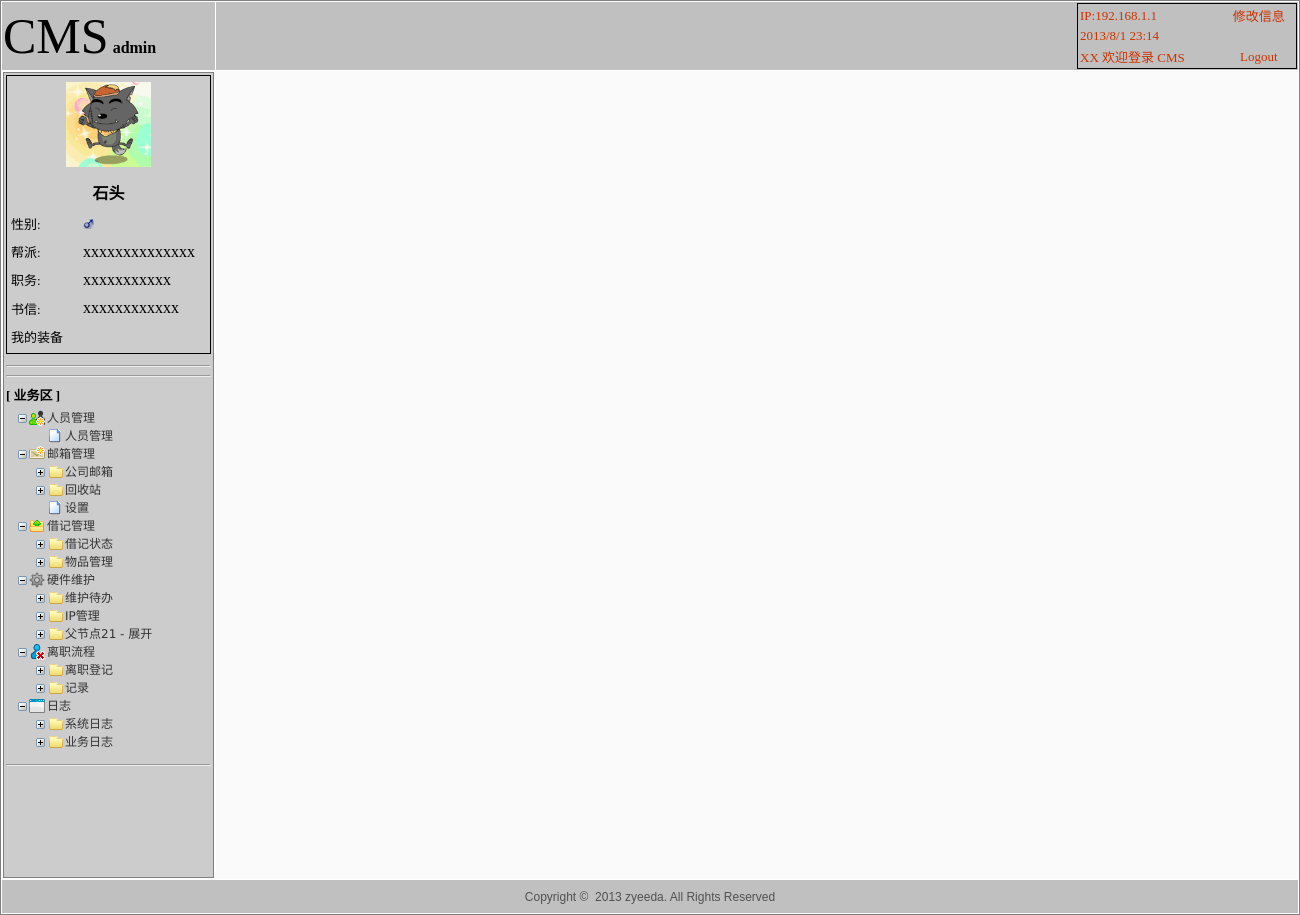
Repository: 728064001/MyProject
Page: http://localhost/CMS/admin.jsp
An editor plug-in stored every save of this project. The page is shown before and after the next save, followed by the edit.
The browser window is 1280 px wide. The page is 1300 px wide, so the pictures cover 1300 px, including what lies to the right of the window. The pictures show the whole page.
The page is served by Tomcat 9. Other server files are loaded and not shown.

Above is the page before, as saved 2013-08-02 06:56:48.

### cms-server-code/CMS/WebRoot/admin.jsp
<%@ page language="java" import="java.util.*" pageEncoding="UTF-8"%>
<%
String path = request.getContextPath();
String basePath = request.getScheme()+"://"+request.getServerName()+":"+request.getServerPort()+path+"/";
%>

<!DOCTYPE HTML PUBLIC "-//W3C//DTD HTML 4.01 Transitional//EN">
<html>
  <head>
    <base href="<%=basePath%>">

    <title>cms admin</title>

	<meta http-equiv="pragma" content="no-cache">
	<meta http-equiv="cache-control" content="no-cache">
	<meta http-equiv="expires" content="0">
	<meta http-equiv="keywords" content="keyword1,keyword2,keyword3">
	<meta http-equiv="description" content="This is my page">
	<!--
	<link rel="stylesheet" type="text/css" href="styles.css">
	-->
	<link rel="stylesheet" href="css/zTreeStyle/zTreeStyle.css" />
	<link rel="stylesheet" href="css/admin.css" />
	<script type="text/javascript" src="js/jquery-1.10.1.js"></script>
	<script type="text/javascript" src="js/jquery.ztree.core-3.5.js"></script>
	<script type="text/javascript" src="js/jquery.ztree.excheck-3.5.js"></script>
	<script type="text/javascript" src="js/jquery.ztree.exedit-3.5.js"></script>
	<script type="text/javascript">
		//载入时
$(function(){
	//不显示人员信息窗口；
	$("#personinfo").hide();
});

var setting = {
			view:{
				showLine:false
			},
			data: {
				simpleData: {
					enable: true
				}
			}
		};
var zNodes =[
			{ name:"人员管理", open:true,iconOpen:"image/treeimage/person_open.png",iconClose:"image/treeimage/person_close.png",
				children: [
					{ name:"人员管理", isParent:false, "click":"test();"}
				]},
			{ name:"邮箱管理",open:true,iconOpen:"image/treeimage/mail_open.png",iconClose:"image/treeimage/mail_close.png",

				children: [
					{ name:"公司邮箱",
						children: [
							{ name:"邮箱信息"},
							{ name:"待办项"}
					]},
					{ name:"回收站",
						children: [
							{ name:"已删除的邮箱"}
					]},
					{ name:"设置", isParent:false}
				]},
			{ name:"借记管理", open:true,iconOpen:"image/treeimage/borrow_open.png",iconClose:"image/treeimage/borrow_close.png",

				children:[
					{ name:"借记状态",
						children: [
							{ name:"图书借记状态"},
							{ name:"电子用品借记状态"},
							{ name:"历史记录"}
					]},
					{ name:"物品管理",
						children: [
							{ name:"图书管理"},
							{ name:"电子用品管理"},
							{ name:"借用授权"}
					]}
				]
			},
			{ name:"硬件维护", open:true,iconOpen:"image/treeimage/hardwaremaintenance_open.png",iconClose:"image/treeimage/hardwaremaintenance_close.png",

				children:[
					{ name:"维护待办",
						children: [
							{ name:"待办项"},
							{ name:"记录"}
					]},
					{ name:"IP管理",
						children: [
							{ name:"IP信息表"},
							{ name:"叶子节点212"},
							{ name:"叶子节点213"},
							{ name:"叶子节点214"}
					]},
					{ name:"父节点21 - 展开",
						children: [
							{ name:"叶子节点211"},
							{ name:"叶子节点212"},
							{ name:"叶子节点213"},
							{ name:"叶子节点214"}
					]}
				]
			},
			{ name:"离职流程",  open:true,iconOpen:"image/treeimage/resignation_open.png",iconClose:"image/treeimage/resignation_close.png",

				children:[
					{ name:"离职登记",
						children: [
							{ name:"登记"}
					]},
					{ name:"记录",
						children: [
							{ name:"已离职信息"}
					]}
				]
			},
			{ name:"日志", open:true,iconOpen:"image/treeimage/log_open.png",iconClose:"image/treeimage/log_close.png",

				children:[
					{ name:"系统日志",
						children: [
							{ name:"系统日志"}
					]},
					{ name:"业务日志",
						children: [
							{ name:"业务日志"}
					]}
				]
			}
		];
		$(function(){
			$.fn.zTree.init($("#treeDemo"),setting,zNodes);
		});

		//工作区窗体

		function test(){
			alert("test");
		}

	</script>
  </head>

<body>
<table align="center" cellspacing="1" class="admin-main-tab-style" style="width: 1300px; height: 900px">
	<tr bgcolor="#C0C0C0">
		<td class="admin-main-tab-td-style" style="height: 17px; width: 211px">
		<span class="admin-main-tab-td-logo-style">CMS</span> <span class="admin-main-tab-td-admins-style"><strong>admin</strong></span></td>
		<td class="admin-child-tab-td-null-style" style="height: 17px">
		<table cellspacing="1" class="admin-child-tab-style" style="width: 220px; height: 100%">
			<tr>
				<td>IP:192.168.1.1</td>
				<td class="admin-child-tab-td-welcome-style">修改信息</td>
			</tr>
			<tr>
				<td>2013/8/1 23:14</td>
				<td>&nbsp;</td>
			</tr>
			<tr>
				<td>XX 欢迎登录 CMS</td>
				<td class="admin-child-tab-td-welcome-style">Logout</td>
			</tr>
		</table>
		</td>
	</tr>
	<tr>
		<td style="width: 211px; height: 808px;" align="left" valign="top">
		<table cellspacing="1" class="style8" style="width: 100%; height: 100%">
			<tr>
				<td align="left" style="height: 281px" valign="top">
				<table cellspacing="1" class="style9" style="width: 100%; height: 100%">
					<tr>
						<td class="admin-child-tab-td-welcome-style" style="height: 95px">
						<img src="image/userimage.gif" height="85" width="85" /></td>
					</tr>
					<tr>
						<td align="left" valign="top">
						<table cellspacing="1" style="width: 100%; height: 100%">
							<tr>
								<td class="admin-child-tab-td-welcome-style" colspan="2"><strong>石头</strong></td>
							</tr>
							<tr>
								<td class="admin-main-tab-style0" style="width: 69px">性别:</td>
								<td>
								<img alt="" height="11" src="image/male.gif" width="11" /></td>
							</tr>
							<tr>
								<td class="admin-main-tab-style0" style="width: 69px">帮派:</td>
								<td>xxxxxxxxxxxxxx</td>
							</tr>
							<tr>
								<td class="admin-main-tab-style0" style="width: 69px">职务:</td>
								<td>xxxxxxxxxxx</td>
							</tr>
							<tr>
								<td class="admin-main-tab-style0" style="width: 69px">书信:</td>
								<td>xxxxxxxxxxxx</td>
							</tr>
							<tr>
								<td class="admin-main-tab-style0" style="width: 69px">我的装备</td>
								<td>&nbsp;</td>
							</tr>
						</table>
						</td>
					</tr>
				</table>
				</td>
			</tr>
			<tr>
				<td align="left" valign="top">
				<hr /><hr/>
				<strong><span class="admin-main-tab-style1">[ 业务区 ]<br/>
				<!--tree-->
				</span></strong>
				<div>
				<ul id="treeDemo" class="ztree"></ul></div>
				<hr/>
				</td>
			</tr>
		</table>
		</td>
		<td style="height: 808px" bgcolor="#FAFAFA" align="left" valign="top">
		<!--业务工作区-->
		<!--人员信息-->
		<div id="personinfo" style="position: absolute; width: 1080px; height: 808px; z-index: 1">
			<table cellspacing="1" class="admin-main-tab-admin-child-tab-td-null-style" style="width: 100%; height: 100%">
				<tr>
					<td bgcolor="#808080" style="height: 20px">
					<table cellpadding="0" cellspacing="0" style="width: 100%; height: 100%">
						<tr>
							<td>&nbsp;<strong><span class="admin-main-tab-admin-main-tab-td-logo-style">人员信息&nbsp;</span></strong></td>
							<td class="admin-child-tab-td-null-style">
							<img alt="" height="23" src="image/personinfo_close.png" width="26" /></td>
						</tr>
					</table>
					</td>
				</tr>
				<tr>
					<td style="height: 33px"><span class="admin-main-tab-style1">UUID</span>:<input name="Text1" type="text" style="width: 81px" />
					<span class="admin-main-tab-style1">姓名</span>:<input name="Text2" type="text" style="width: 59px" />&nbsp;<span class="admin-main-tab-style1">性别</span>:<select name="Select1">
						<option value="--">--</option>
						<option value="女">女</option>
						<option value="男">男</option>
						</select>&nbsp;<span class="admin-main-tab-style1">公司</span>:<select name="Select2" style="width: 65px">
						<option value="--">--</option>
						<option value="女">女</option>
						<option value="男">男</option>
						</select>&nbsp;<span class="admin-main-tab-style1">部门:</span><select name="Select3" style="width: 65px">
						<option value="--">--</option>
						<option value="女">女</option>
						<option value="男">男</option>
						</select>&nbsp;<span class="admin-main-tab-style1">职位</span>:<select name="Select4" style="width: 65px">
						<option value="--">--</option>
						<option value="女">女</option>
						<option value="男">男</option>
						</select>&nbsp;&nbsp;<span class="admin-main-tab-style1">
					身份证:</span><input name="Text7" type="text" style="width: 145px" />
					<span class="admin-main-tab-style1">电话:</span><input name="Text8" type="text" style="width: 81px" />&nbsp;&nbsp;&nbsp;<input name="search" id="search" type="button" value="查找" style="width: 63px" /></td>
				</tr>
				<tr>
					<td align="left" valign="top">&nbsp;&nbsp;&nbsp; &nbsp;<img alt="" height="18" src="image/addperson.png" width="18" /><span class="admin-main-tab-admin-main-tab-td-admins-style">添加人员&nbsp;&nbsp;&nbsp;&nbsp;&nbsp;&nbsp;&nbsp;&nbsp;&nbsp;&nbsp;
					</span>
					<img alt="" class="admin-main-tab-admin-main-tab-td-admins-style" height="19" src="image/delperson.png" width="16" /><span class="admin-main-tab-admin-main-tab-td-admins-style">删除人员&nbsp;&nbsp;&nbsp;&nbsp;&nbsp;&nbsp;&nbsp;
					</span>
					<img alt="" class="admin-main-tab-admin-main-tab-td-admins-style" height="17" src="image/modifiyperson.png" width="18" /><span class="admin-main-tab-admin-main-tab-td-admins-style">修改人员信息</span><hr style="height: -12px"/>

					</td>
				</tr>
			</table>
		</div>
		<!---->
		</td>
	</tr>
	<tr bgcolor="#C0C0C0">
		<td style="height: 33px;" class="admin-child-tab-td-welcome-style" colspan="2">
		<span style="color: rgb(81, 81, 81); font-family: Arial; font-size: 12px; font-style: normal; font-variant: normal; font-weight: normal; letter-spacing: normal; line-height: 24px; orphans: 2; text-align: center; text-indent: 0px; text-transform: none; white-space: normal; widows: 2; word-spacing: 0px; -webkit-text-size-adjust: auto; -webkit-text-stroke-width: 0px; display: inline !important; float: none;">
		Copyright ©&nbsp; 2013 zyeeda. All Rights Reserved</span></td>
	</tr>
</table>
</body>

</html>

### cms-server-code/CMS/WebRoot/css/zTreeStyle/zTreeStyle.css
/*-------------------------------------
zTree Style

version:	3.4
author:		Hunter.z
email:		hunter.z@263.net
website:	http://code.google.com/p/jquerytree/

-------------------------------------*/

.ztree * {padding:0; margin:0; font-size:12px; font-family: Verdana, Arial, Helvetica, AppleGothic, sans-serif}
.ztree {margin:0; padding:5px; color:#333}
.ztree li{padding:0; margin:0; list-style:none; line-height:14px; text-align:left; white-space:nowrap; outline:0}
.ztree li ul{ margin:0; padding:0 0 0 18px}
.ztree li ul.line{ background:url(./img/line_conn.gif) 0 0 repeat-y;}

.ztree li a {padding:1px 3px 0 0; margin:0; cursor:pointer; height:17px; color:#333; background-color: transparent;
	text-decoration:none; vertical-align:top; display: inline-block}
.ztree li a:hover {text-decoration:underline}
.ztree li a.curSelectedNode {padding-top:0px; background-color:#FFE6B0; color:black; height:16px; border:1px #FFB951 solid; opacity:0.8;}
.ztree li a.curSelectedNode_Edit {padding-top:0px; background-color:#FFE6B0; color:black; height:16px; border:1px #FFB951 solid; opacity:0.8;}
.ztree li a.tmpTargetNode_inner {padding-top:0px; background-color:#316AC5; color:white; height:16px; border:1px #316AC5 solid;
	opacity:0.8; filter:alpha(opacity=80)}
.ztree li a.tmpTargetNode_prev {}
.ztree li a.tmpTargetNode_next {}
.ztree li a input.rename {height:14px; width:80px; padding:0; margin:0;
	font-size:12px; border:1px #7EC4CC solid; *border:0px}
.ztree li span {line-height:16px; margin-right:2px}
.ztree li span.button {line-height:0; margin:0; width:16px; height:16px; display: inline-block; vertical-align:middle;
	border:0 none; cursor: pointer;outline:none;
	background-color:transparent; background-repeat:no-repeat; background-attachment: scroll;
	background-image:url("./img/zTreeStandard.png"); *background-image:url("./img/zTreeStandard.gif")}

.ztree li span.button.chk {width:13px; height:13px; margin:0 3px 0 0; cursor: auto}
.ztree li span.button.chk.checkbox_false_full {background-position:0 0}
.ztree li span.button.chk.checkbox_false_full_focus {background-position:0 -14px}
.ztree li span.button.chk.checkbox_false_part {background-position:0 -28px}
.ztree li span.button.chk.checkbox_false_part_focus {background-position:0 -42px}
.ztree li span.button.chk.checkbox_false_disable {background-position:0 -56px}
.ztree li span.button.chk.checkbox_true_full {background-position:-14px 0}
.ztree li span.button.chk.checkbox_true_full_focus {background-position:-14px -14px}
.ztree li span.button.chk.checkbox_true_part {background-position:-14px -28px}
.ztree li span.button.chk.checkbox_true_part_focus {background-position:-14px -42px}
.ztree li span.button.chk.checkbox_true_disable {background-position:-14px -56px}
.ztree li span.button.chk.radio_false_full {background-position:-28px 0}
.ztree li span.button.chk.radio_false_full_focus {background-position:-28px -14px}
.ztree li span.button.chk.radio_false_part {background-position:-28px -28px}
.ztree li span.button.chk.radio_false_part_focus {background-position:-28px -42px}
.ztree li span.button.chk.radio_false_disable {background-position:-28px -56px}
.ztree li span.button.chk.radio_true_full {background-position:-42px 0}
.ztree li span.button.chk.radio_true_full_focus {background-position:-42px -14px}
.ztree li span.button.chk.radio_true_part {background-position:-42px -28px}
.ztree li span.button.chk.radio_true_part_focus {background-position:-42px -42px}
.ztree li span.button.chk.radio_true_disable {background-position:-42px -56px}

.ztree li span.button.switch {width:18px; height:18px}
.ztree li span.button.root_open{background-position:-92px -54px}
.ztree li span.button.root_close{background-position:-74px -54px}
.ztree li span.button.roots_open{background-position:-92px 0}
.ztree li span.button.roots_close{background-position:-74px 0}
.ztree li span.button.center_open{background-position:-92px -18px}
.ztree li span.button.center_close{background-position:-74px -18px}
.ztree li span.button.bottom_open{background-position:-92px -36px}
.ztree li span.button.bottom_close{background-position:-74px -36px}
.ztree li span.button.noline_open{background-position:-92px -72px}
.ztree li span.button.noline_close{background-position:-74px -72px}
.ztree li span.button.root_docu{ background:none;}
.ztree li span.button.roots_docu{background-position:-56px 0}
.ztree li span.button.center_docu{background-position:-56px -18px}
.ztree li span.button.bottom_docu{background-position:-56px -36px}
.ztree li span.button.noline_docu{ background:none;}

.ztree li span.button.ico_open{margin-right:2px; background-position:-110px -16px; vertical-align:top; *vertical-align:middle}
.ztree li span.button.ico_close{margin-right:2px; background-position:-110px 0; vertical-align:top; *vertical-align:middle}
.ztree li span.button.ico_docu{margin-right:2px; background-position:-110px -32px; vertical-align:top; *vertical-align:middle}
.ztree li span.button.edit {margin-right:2px; background-position:-110px -48px; vertical-align:top; *vertical-align:middle}
.ztree li span.button.remove {margin-right:2px; background-position:-110px -64px; vertical-align:top; *vertical-align:middle}

.ztree li span.button.ico_loading{margin-right:2px; background:url(./img/loading.gif) no-repeat scroll 0 0 transparent; vertical-align:top; *vertical-align:middle}

ul.tmpTargetzTree {background-color:#FFE6B0; opacity:0.8; filter:alpha(opacity=80)}

span.tmpzTreeMove_arrow {width:16px; height:16px; display: inline-block; padding:0; margin:2px 0 0 1px; border:0 none; position:absolute;
	background-color:transparent; background-repeat:no-repeat; background-attachment: scroll;
	background-position:-110px -80px; background-image:url("./img/zTreeStandard.png"); *background-image:url("./img/zTreeStandard.gif")}

ul.ztree.zTreeDragUL {margin:0; padding:0; position:absolute; width:auto; height:auto;overflow:hidden; background-color:#cfcfcf; border:1px #00B83F dotted; opacity:0.8; filter:alpha(opacity=80)}
.zTreeMask {z-index:10000; background-color:#cfcfcf; opacity:0.0; filter:alpha(opacity=0); position:absolute}

/* level style*/
/*.ztree li span.button.level0 {
	display:none;
}
.ztree li ul.level0 {
	padding:0;
	background:none;
}*/

### cms-server-code/CMS/WebRoot/css/admin.css
@CHARSET "UTF-8";
body{
 margin:0;
 padding:0;
}
.admin-main-tab-style {
	border-style: solid;
	border-width: 1px;
 margin:0,auto;
}
.admin-child-tab-td-null-style {
	text-align: right;
}
.admin-main-tab-td-logo-style {
	font-family: 华文琥珀;
	font-size: 50px;
}
.admin-main-tab-td-admins-style {
	font-size: medium;
}
.admin-main-tab-td-style {
	text-align: left;
}
.admin-child-tab-style {
	border: 1px solid #000000;
	float:right;
	margin-left: 185px;
	color: #CC3300;
	font-size: small;
}
.admin-child-tab-td-welcome-style {
	text-align: center;
}
.style8 {
	border-style: solid;
	border-width: 1px;
	background-color: #CCCCCC;
}
.style9 {
	border: 1px solid #000000;
}
.admin-main-tab-style0 {
	font-family: 新宋体;
	font-size: small;
}
.admin-main-tab-style1 {
	font-size: small;
}
.admin-main-tab-admin-child-tab-td-null-style {
	border: 1px solid #515151;
}
.admin-main-tab-admin-main-tab-td-logo-style {
	font-size: small;
	font-family: 黑体;
}
.admin-main-tab-admin-main-tab-td-admins-style {
	font-size: small;
	font-family: 华文细黑;
	 line-height:32px;
}

Loaded but not shown: cms-server-code/CMS/WebRoot/js/jquery-1.10.1.js (library); cms-server-code/CMS/WebRoot/js/jquery.ztree.core-3.5.js (library); cms-server-code/CMS/WebRoot/js/jquery.ztree.excheck-3.5.js (library); cms-server-code/CMS/WebRoot/js/jquery.ztree.exedit-3.5.js (library)

After the next save:
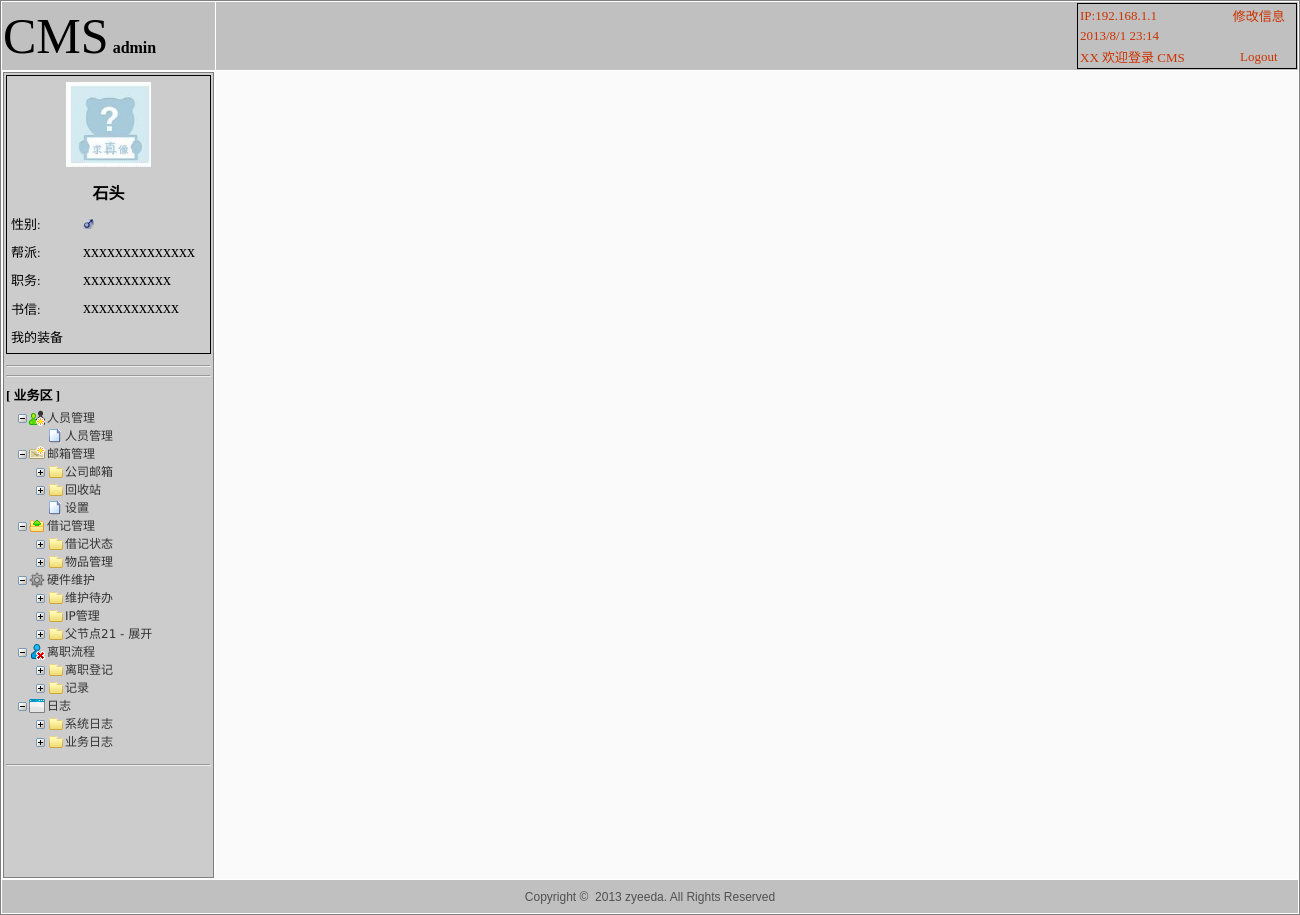
Saved 4 min 34 s later.
--- a/cms-server-code/CMS/WebRoot/admin.jsp
+++ b/cms-server-code/CMS/WebRoot/admin.jsp
@@ -172,7 +172,7 @@ var zNodes =[
 				<table cellspacing="1" class="style9" style="width: 100%; height: 100%">
 					<tr>
 						<td class="admin-child-tab-td-welcome-style" style="height: 95px">
-						<img src="image/userimage.gif" height="85" width="85" /></td>
+						<img src="image/userimage.jpg" height="85" width="85" /></td>
 					</tr>
 					<tr>
 						<td align="left" valign="top">
